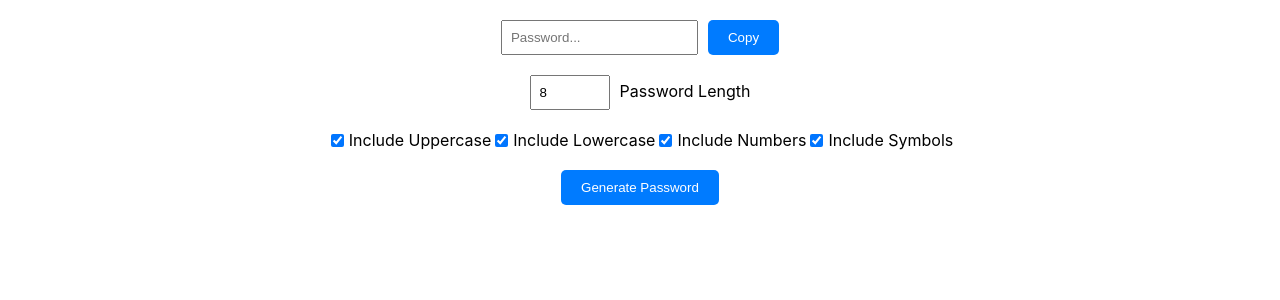
Repository: sriram1224/pass-generator
Page: /
These files come from the project's save history. The page is drawn as it stood at one moment and after the next save; the edit follows.
The browser window is 1280 px wide. The pictures show the whole page.
The project was rebuilt for these pictures with package versions that can differ from the ones it lists, and the page was loaded fresh each time.

Above is the page before, as saved 2024-03-21 20:04:07.

After the next save:
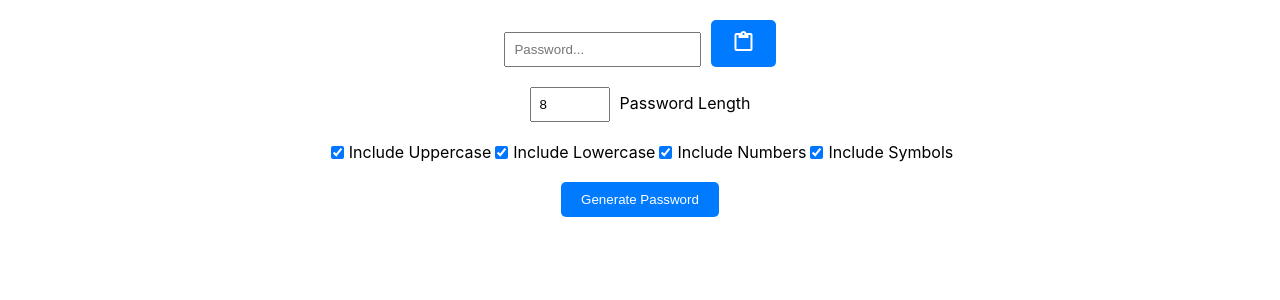
Saved 61 s later.
--- a/src/App.js
+++ b/src/App.js
@@ -47,7 +47,9 @@ function App() {
     <div className="container">
       <div className="password-input">
         <input type="text" value={password} placeholder='Password...' readOnly />
-        <button onClick={() => navigator.clipboard.writeText(password)}>Copy</button>
+        <button onClick={() => navigator.clipboard.writeText(password)}><span class="material-symbols-outlined">
+content_paste
+</span></button>
       </div>
       <div className="length-input">
         <input type="number" value={length} onChange={(e) => setLength(parseInt(e.target.value))} min="1" max="50" />
